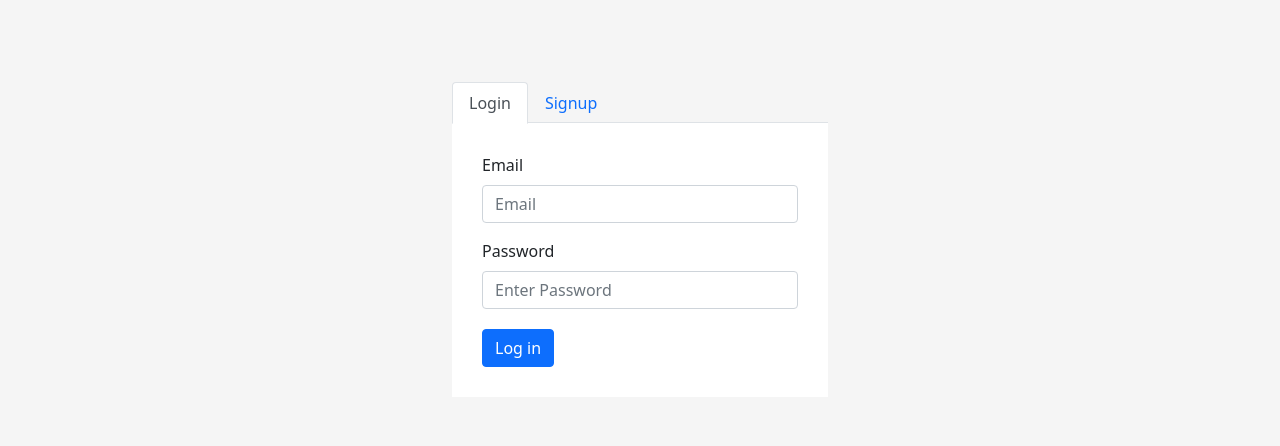
Repository: rabin-bhandari/LOGIN-SIGNUP
Page: http://localhost/
The author's editor kept a copy of each file at every save. The page is drawn from the files as they stood at one save, then again after the next save.
The browser window is 1280 px wide. The pictures show the whole page.
Some web libraries are served in a nearby version. The page is run by PHP 8.4 with error messages shown; the project is at /var/www/html/.

Above is the page before, as saved 2022-03-28 04:49:41.

After the next save:
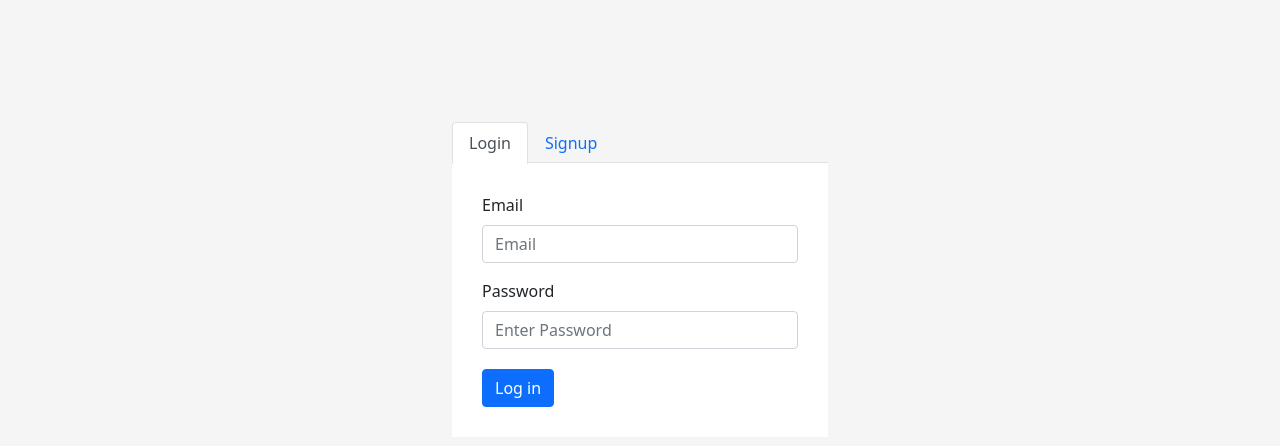
Saved 10 s later.
--- a/main.css
+++ b/main.css
@@ -9,7 +9,7 @@ body {
 .container {
   display: table;
   max-width: 400px;
-  margin: 10px auto;
+  margin: 50px auto;
 }
 
 .nav-tabs .nav-link {
